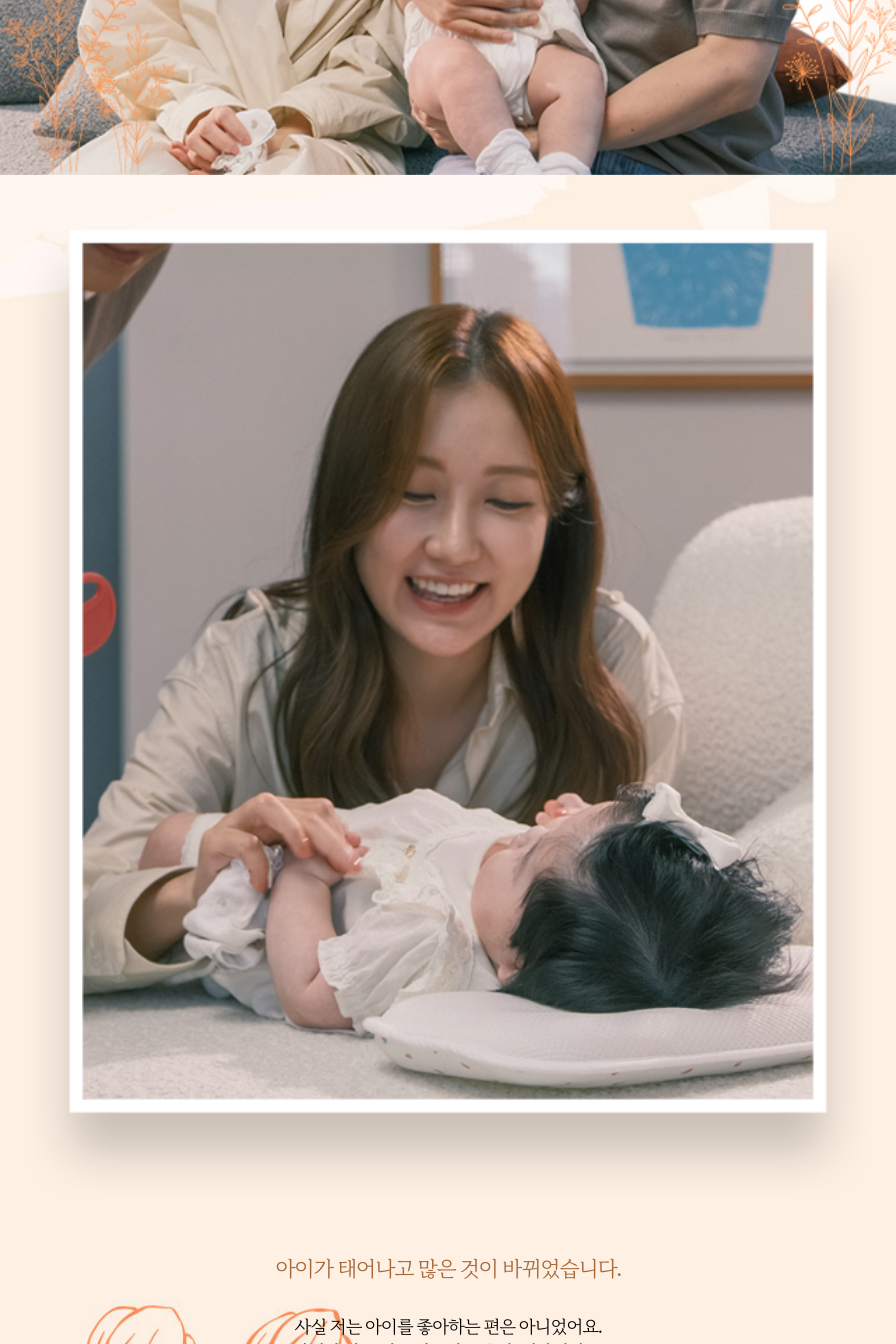
Repository: dlgywls1130/saveTheChildren_2024
Page: index.html
These files come from the project's save history. The page is drawn as it stood at one moment and after the next save; the edit follows.
The browser window is 1280 px wide. The pictures show the part of the page from y = 2707 to 4627 px (the page is 18860 px tall before and 18960 px after), at 70% of full size.
Some web fonts or font styles are not loaded; a fallback is used. The style sheet was rebuilt from its Sass, Less or Tailwind sources for each picture, by a compiler version that may differ from the author's.

Above is the page before, as saved 2024-11-03 23:53:59.

### index.html
<!DOCTYPE html>
<html lang="en">
<head>
    <meta charset="UTF-8">
    <meta name="viewport" content="width=device-width, initial-scale=1.0">
    <title>Document</title>

    <link rel="stylesheet" href="./css/common.css">
    <link rel="stylesheet" href="https://cdn.jsdelivr.net/npm/swiper@11/swiper-bundle.min.css" />
</head>
<body>

    <!-- main -->
    <section class="main_container py-80">
        <div class="container">
            <div class="logo_title mb-40">
                <img src="./images/logo.png" alt="logo">
                <p>우리 아기 좋은 날 기부</p>
            </div>

            <p class="sub_title mb-40">
                의사 오진승, 아나운서 김도연 가족과 함께하는
            </p>

            <h2 class="mb-40">우리 아기<br>좋은 날 일기</h2>

            <p class="sub_span_text mb-40">
                여러분은 자녀의 소중한 순간을<br>
                어떻게 기념 하시나요?
            </p>

            <p class="sub_descript">
                보통 사진을 찍고 영상을 남기는<br> 분들이 많으실 거에요. <br>
                우리 아이의 소중한 날을<br> 특별하게 기념하는 방법을<br>
                소개해드릴게요
            </p>


        </div>

        <a href="#" class="record_btn">
            <img src="/images/pencle.png" alt="pencle">
            <p>우리 아기 좋은 날 기록하기</p>
        </a>
    </section>

    <!-- 스토리섹션 -->

    <section class="story_section">
        <div class="container pt-100">

            <!-- 영상 -->

            <div class="video_container mb-150 ">
                <video></video>
            </div>

            <div class="story_01 mb-70">
                <p class="s01 mb-60">
                    “유튜브 <닥터프렌즈>를 운영하는<br> 정신과 전문의 오진승,
                    <br>KBS 전 아나운서, 현 프리랜서 방송인 김도연입니다.
                </p>

                <p class="s01_1 mb-60">
                    세이브더칠드런과는 자립지원아동들과<br> 미혼모가정을 위해
                    <br>기부하며 인연을 이어오고 있습니다.
                </p>

                <p class="s01_2">
                    지난 4월, 첫 딸 수빈이가 저희에게 찾아와 주었어요.”
                </p>

                <img src="/images/s1_1.png" alt="story">
            </div>


            <div class="story_02 mb-100">
                <div class="story_02_01">
                    <div class="story_image">
                        <img src="/images/s2_1.png" alt="stroy">
                    </div>
                    <div class="story_text-contain py-50">
                        <p class="story_text_01 mb-50">
                            아이가 태어나고 많은 것이 바뀌었습니다.
                        </p>
                        <p class="story_text_02 mb-50">
                            사실 저는 아이를 좋아하는 편은 아니었어요.
                            <br>하지만 낳고 처음 마주하는 순간, 생각했어요.
                        </p>
                        <p class="story_text_03 mb-50">
                            ‘천년의 사랑이 시작되었다.’
                        </p>

                        <p class="story_text_04">
                            지금은 힘들어도 아이 얼굴만 보면 웃음이 나와요.
                        </p>
                    </div>


                </div>
            </div>

            <div class="story_03 mb-100">
                <div class="story_03_01">

                    <div class="story_image">
                        <img src="/images/s3_1.png" alt="stroy">
                    </div>

                    <div class="story_text-contain py-50">
                        <p class="story_text_01 mb-100">
                            내 자녀를 볼 때,
                            <br>의학적으로 마음에 드는
                            <br>이성을 보았을 때의
                            <br>10배에 달하는 도파민이 나온대요.
                        </p>
                        <p class="story_text_02 mb-60">
                            저는 현재에 안주하며 사는
                            <br>편이었는데, 딸이 태어난 후부터
                            <br>삶에 대해 더 고민하고.
                            <br>잘하려고 노력하고 있어요.
                        </p>
                        <p class="story_text_03">
                            아이가 삶의 원동력이 된 셈이죠.
                        </p>

                    </div>

                </div>
            </div>

            <div class="story_04">
                <div class="story04_01 mb-100">

                    <div class="story_image">
                        <img src="/images/s4_1.png" alt="stroy">
                    </div>

                    <div class="story_text-contain py-50">
                        <p class="story_text_01 mb-30">
                            요즘은 수빈이와 함께 놀이터 갈 날을
                            <br>손꼽아 기다리고 있어요.
                        </p>
                        <p class="story_text_02">
                            아직 말귀도 못 알아듣는 아이한테
                            <br>“너 언제 커서 아빠랑 놀이터 갈래?”
                            <br>묻고는 하죠.

                        </p>

                    </div>

                </div>

                <div class="story04_02 mb-100">

                    <div class="story_image">
                        <img src="/images/s4_2.png" alt="stroy">
                    </div>

                    <div class="story_text-contain pt-30">
                        <p class="story_text_01 mb-30">
                            아이를 정신없이 키우다 보니
                            <br>탄생의 순간이 희미해지고 있었어요.
                        </p>
                        <p class="story_text_02">
                            우리 아기 좋은 날 캠페인에
                            <br>참여해서 직접 기념일 이야기를 담은
                            <br>후원감사증서를 받아보니,
                            <br>그때 생각이 나서 너무 좋았어요.

                        </p>

                    </div>


                </div>
            </div>

            <div class="story_05">
                <div class="story_05_01 pt-80 mb-50">

                    <div class="story_text mb-30">
                        “아이가 건강하게 발달단계를 해내는
                        <br>소중한 순간에 기부를 하면
                        <br>수빈이가 더 건강하고,행복하게
                        <br>자라게 되지 않을까요?
                        <br>
                        <br>소중한 순간마다 기부하고
                        <br>앨범처럼 남겨서 보여주면
                        <br>자랑스러운 부모가 될 것 같아요”
                    </div>

                    <div class="img_story">
                        <img src="/images/s5_1.png">
                    </div>
                </div>

                <div class="story_05_02  pt-80 px-60 mb-100">

                    <div class="story_text mb-30">
                        “저는 칭찬 받거나 스스로에게 자부심을
                        <br>느낀 순간은 오래 기억된다고 생각해요.
                        <br>
                        <br>내 아이에게 ‘네가 첫 양치질을 잘 해낸
                        <br>기념으로  다른 친구를 도왔어.’ 라고
                        <br>말해준다면 그 뿌듯함을 밑거름으로
                        <br>자기 자신과 다른 사람 모두 사랑할 수 있는
                        <br>아이로 성장하지 않을까요?”
                    </div>

                    <div class="img_story">
                        <img src="/images/s5_2.png">
                    </div>

                </div>


                <div class="middle_cotain">
                    <p class="mb-100">
                        첫 걸음마, 첫돌,
                        <br>처음 엄마 아빠를 부른 날,
                        <br>처음 비를 맞아본 날, 처음 놀이터에 간 날
                        <br>그 소중한 순간을 기부로 기록해보세요.
                    </p>

                    <p class="mb-100">후원해주신 모든 분들께 <br>
                        직접 작성한 기념일 이야기가 담긴<br>
                        <span>후원감사증서</span>를 드리며,
                        <br>30만원 이상 후원해 주신 분들께는
                        <br>이름을 수놓은 <span>순면거즈블랭킷</span>을<br>
                        증정하고 있습니다.
                    </p>

                    <div class="swiper middle-slide mb-100 pb-100">
                        <div class="swiper-wrapper">
                            <div class="swiper-slide">
                                <img src="/images/s6_1.png">
                            </div>
                            <div class="swiper-slide">
                                <img src="/images/s6_2.png">
                            </div>
                        </div>
                        <div class="swiper-pagination"></div>
                    </div>



                </div>



            </div>


        </div>
        <a href="#" class="record_btn">
            <img src="/images/pencle.png" alt="pencle">
            <p>우리 아기 좋은 날 기록하기</p>
        </a>

    </section>

    <!-- info -->

    <section class="sponsor_section">

        <div class="container py-80">

            <!-- 후원신청 -->
            <div class="sponsor-container pt-100 mb-150">
                <h2 class="mb-80">후원신청 과정</h2>

                <div class="sponsor_list  mb-80">
                    <div class="sponsor_list_inner">
                        <div class="list-inner-img">
                            <img src="/images/circle_1.png" alt="sponsor">
                        </div>
                        <p>후원신청하기</p>

                    </div>

                    <div class="sponsor_list_inner">
                        <div class="list-inner-img">
                            <img src="/images/circle_2.png">
                        </div>
                        <p>후원감사증서<br>메시지 적기</p>

                    </div>

                    <div class="sponsor_list_inner">
                        <div class="list-inner-img">
                            <img src="/images/circle_3.png">
                        </div>
                        <p>신청완료</p>

                    </div>

                    <div class="sponsor_list_inner">
                        <div class="list-inner-img">
                            <img src="/images/circle_4.png">
                        </div>
                        <p>후원감사증서 발송<br>(1주일이내)</p>

                    </div>
                </div>

                <p class="info-span">
                    30만원 이상 후원자 분들께는
                    <br>순면거즈블랭킷 제작을 위한
                    <br>문자가 별도 발송됩니다.
                    <br>(후원 2-3일 이내)
                </p>
            </div>


            <div class="sponsor-inner mb-150">
                <h2 class="mb-100">후원금, 이렇게 쓰여요!</h2>

                <p class="mb-100">
                    세이브더칠드런은
                    <br>국내외 아동을 위해 생계지원,
                    <br>의료지원, 긴급구호 등의 활동을
                    <br>진행하고 있습니다.
                    <br>
                    <br>보내주신 후원금은
                    <br>정치, 종교, 인종에 관계없이
                    <br>가장 도움이 필요한 아이를 위해
                    <br>우선 사용됩니다.

                </p>

                <img src="/images/baby.png">
            </div>

            <div class="faq_section">
                <div class="container">
                    <h2 class="mb-40">FAQ</h2>

                    <ul class="faq_list">
                        <li>
                            <div class="faq_question">
                                <p>30만원 이상 후원했습니다.
                                    <br>거즈 순면 블랭킷은 언제 오나요?</p>
                            </div>
                            <div class="faq_answer">
                                우리아기 축하기부로 30만원 이상 후원자님들께는
                                <br>담요에 수놓을 아기 이름과 선물 수령 주소 확인을 위한
                                <br>문자가 발송됩니다. 02-6900-4479로 발송되는
                                <br>문자 속 설문조사에 답해주세요.
                                <br>확인을 완료하신 분들께는 블랭킷 제작을 담당하고 있는
                                <br>조니 스튜디오에서 아기 이름 자수  작업 완료 후 배송해 드립니다.


                            </div>
                        </li>
                        <li>
                            <div class="faq_question">
                                <p>순면 거즈 블랭킷, 안전한 제품인가요? </p>
                            </div>
                            <div class="faq_answer">
                                본 블랭킷은 워싱된 3중 거즈로 제작되었으며,
                                <br>KC안전검사를 완료하였습니다.
                                <br>소재 특성상 섬유 조각이 발생할 수 있어 망에 넣지 않고
                                <br>3번 정도 물빨래 하시는 것을 권장합니다.


                            </div>
                        </li>
                        <li>
                            <div class="faq_question">
                                <p>순면 거즈 블랭킷을 받았는 데 하자가 있어요.
                                    <br>어떻게 해야 하나요? </p>
                            </div>
                            <div class="faq_answer">
                                물품에 동봉된 조니스튜디오 연락처로 연락 부탁드립니다.
                                <br>하자 물품에 대한 교환은 수령일로부터 7일 이내에
                                <br>조니스튜디오에 연락해주셔야 하며,
                                <br>이로 인한 후원금 환불은 어렵습니다.

                            </div>
                        </li>
                        <li>
                            <div class="faq_question">
                                <p>후원감사증서에 넣을 수 있는 사진 사이즈는 얼마인가요?</p>
                            </div>
                            <div class="faq_answer">
                                사진 인화 사이즈 5*7 인치에 맞추어서 제작되었습니다.
                                <br>그보다 작은 사진일 경우,  후원감사증서 내부의 주머니에
                                <br>넣어 보관하실 수도  있습니다.

                            </div>
                        </li>
                    </ul>
                </div>
            </div>
        </div>

        <a href="#" class="record_btn">
            <img src="/images/pencle.png" alt="pencle" class="pencle-img">
            <p>좋은 날 기록하기</p>

            <img src="/images/floating.png" alt="float_image" class="float_image">
        </a>
    </section>

    <script src="https://cdn.jsdelivr.net/npm/swiper@11/swiper-bundle.min.js"></script>
    <script src="./js/slide.js"></script>
</body>
</html>

Loaded but not shown: js/slide.js (5 lines, source omitted); css/common.scss (1040 lines, source omitted)

After the next save:
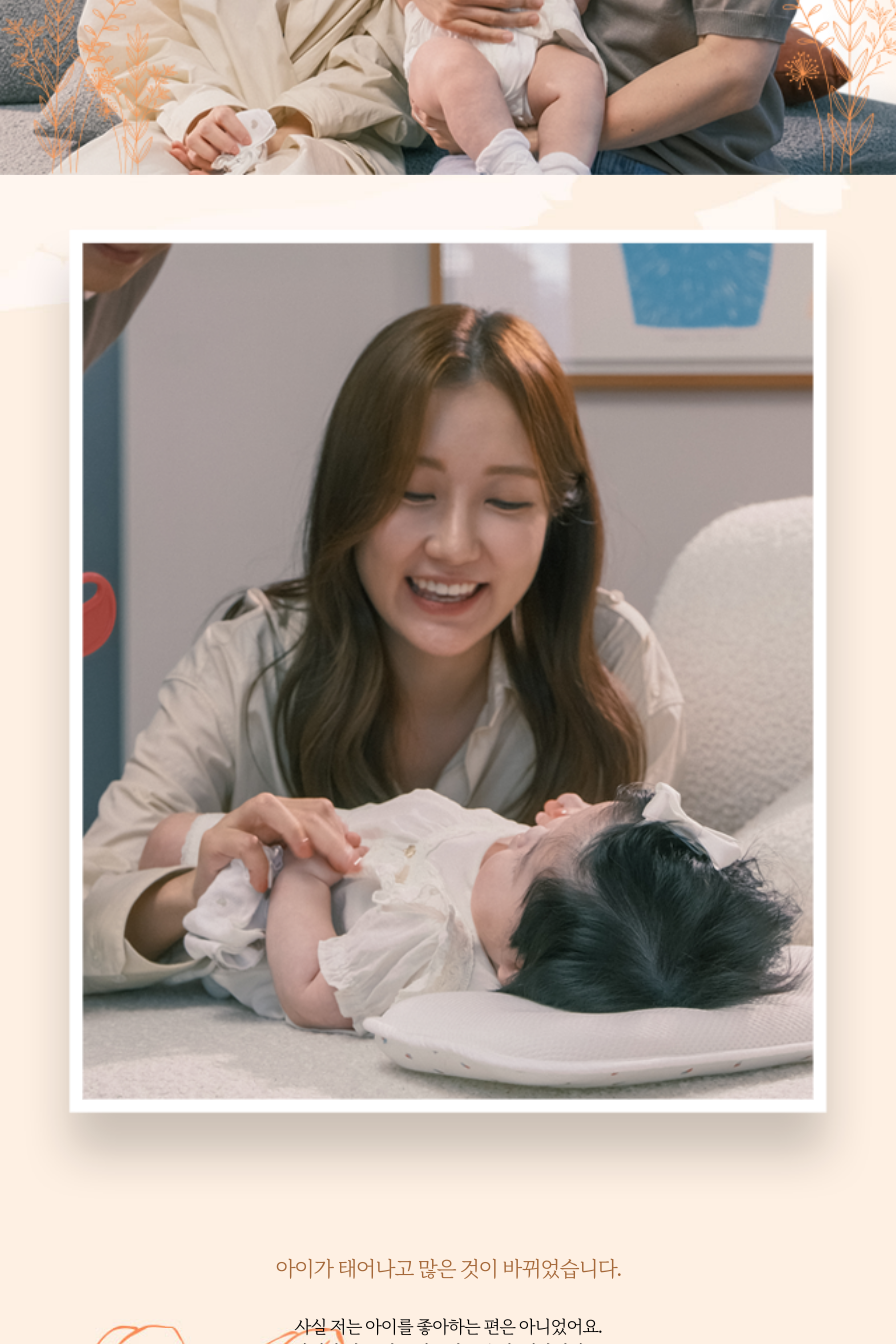
Saved 36 s later.
--- a/index.html
+++ b/index.html
@@ -232,8 +232,8 @@
                         증정하고 있습니다.
                     </p>
 
-                    <div class="swiper middle-slide mb-100 pb-100">
-                        <div class="swiper-wrapper">
+                    <div class="swiper middle-slide mb-100 ">
+                        <div class="swiper-wrapper pb-100">
                             <div class="swiper-slide">
                                 <img src="/images/s6_1.png">
                             </div>
